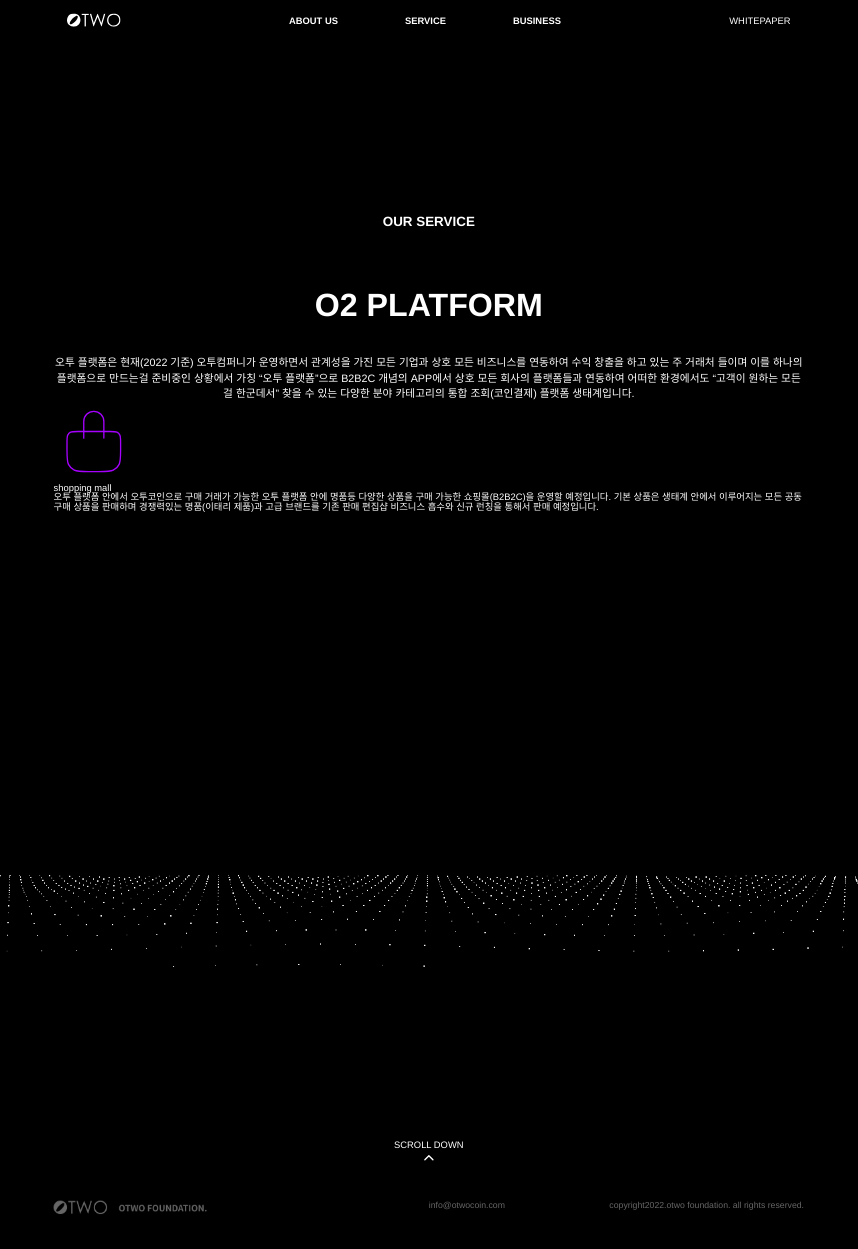
Repository: songhun115/Otwo
Page: service.html
The author's editor kept a copy of each file at every save. The page is drawn from the files as they stood at one save, then again after the next save.
The browser window is 1280 px wide. The pictures show the whole page, at 67% of full size.

Above is the page before, as saved 2022-11-18 11:14:02.
Not found: js/three.js

### service.html
<!DOCTYPE html>
<html lang="en">

<head>
    <meta charset="UTF-8">
    <meta http-equiv="X-UA-Compatible" content="IE=edge">
    <meta name="viewport" content="width=device-width, initial-scale=1.0">
    <link rel="stylesheet" href="css/reset.css">
    <link rel="stylesheet" href="css/content.css">
    <link rel="preconnect" href="https://fonts.googleapis.com">
    <link rel="preconnect" href="https://fonts.gstatic.com" crossorigin>
    <link href="https://fonts.googleapis.com/css2?family=Noto+Sans+KR:wght@300;400;500;700;900&display=swap"
        rel="stylesheet">
    <link rel="stylesheet" href="https://cdn.jsdelivr.net/npm/swiper/swiper-bundle.min.css" />
    <script src="https://cdnjs.cloudflare.com/ajax/libs/jquery/3.6.1/jquery.min.js"
        integrity="sha512-aVKKRRi/Q/YV+4mjoKBsE4x3H+BkegoM/em46NNlCqNTmUYADjBbeNefNxYV7giUp0VxICtqdrbqU7iVaeZNXA=="
        crossorigin="anonymous" referrerpolicy="no-referrer"></script>
    <script src="js/index.js"></script>
    <script src="js/three.js"></script>
    <script src="js/three.min.js"></script>
    <title>about</title>
</head>

<body>
    <div class="contaeiner">
        <header class="header">
            <nav class="nav-bar">
                <div class="logo">
                    <img src="img/logo-white.svg" alt="">
                </div>
                <ul class="nav-list">
                    <li class="nav-item">ABOUT US</li>
                    <li class="nav-item">SERVICE</li>
                    <li class="nav-item">BUSINESS</li>
                </ul>
                <div class="white-paper">
                    WHITEPAPER
                </div>
            </nav>
        </header>
        <section class="section overview">
            <h3>OUR SERVICE</h3>
            <h1>O2 PLATFORM</h1>
            <p>오투 플랫폼은 현재(2022 기준) 오투컴퍼니가 운영하면서 관계성을 가진 모든 기업과 상호 모든 비즈니스를 연동하여 수익 창출을 하고 있는
                주 거래처 들이며 이를 하나의 플랫폼으로 만드는걸 준비중인 상황에서 가칭 “오투 플랫폼”으로 B2B2C 개념의 APP에서 상호 모든 회사의 플랫폼들과 연동하여 어떠한 환경에서도 “고객이 원하는 모든걸 한군데서” 찾을 수 있는 다양한 분야 카테고리의 통합 조회(코인결제) 플랫폼 생태계입니다.</p>

        </section>
     <section class="service-platform-list">
        <ul class="platform-list">
            <li class="platform-item">
                <div class="platform-img">
                    <img src="img/shoping.svg" alt="">
                </div>
                <div class="platform-category">shopping mall</div>
                <div class="platform-con">오투 플랫폼 안에서 오투코인으로 구매 거래가 가능한 오투 플랫폼 안에 명품등 다양한 상품을 구매 가능한 쇼핑몰(B2B2C)을 운영할 예정입니다.
                    기본 상품은 생태계 안에서 이루어지는 모든 공동구매 상품을 판매하며 경쟁력있는 명품(이태리 제품)과 고급 브랜드를 기존 판매 편집샵 비즈니스 흡수와 신규 런칭을 통해서 판매 예정입니다. </div>
            </li>
        </ul>
     </section>

    </div>


    <div class="contaeiner-two">


        </div>
        <div id="canvas">
            <div class="scroll-up ">
                <p>SCROLL DOWN</p>
                <img src="img/chevron-up.svg" alt="">
            </div>

        </div>
        <script>
            window.addEventListener("DOMContentLoaded", () => {
            const w = window.innerWidth;
            const h = window.innerHeight / 2;
            const dpr = window.devicePixelRatio;

            const fov = 60;
            const fovRad = (fov / 2) * (Math.PI / 180);
            const dist = h / 2 / Math.tan(fovRad);

            const clock = new THREE.Clock();
            const particles = 5000;
            const pointSize = 2.5;

            const renderer = new THREE.WebGLRenderer();
            renderer.setSize(w, h);
            renderer.setClearColor(new THREE.Color(0x000000), 1.0);
            renderer.setPixelRatio(dpr);

            const container = document.getElementById("canvas");
            container.appendChild(renderer.domElement);

            const camera = new THREE.PerspectiveCamera(fov, w / h, 1, dist * 2);
            camera.position.x = 0;
            camera.position.y = 0;
            camera.position.z = 10;

            const scene = new THREE.Scene();

            const geo = new THREE.BufferGeometry();
            let positions = [];
            let x, y, z;

            const width = 400 * (w / h);

            const depth = 400;
            const distance = 10;

            for (let x = 0; x < width; x += distance) {
              for (let z = 0; z < depth; z += distance) {
                positions.push(-width / 2 + x, -30, -depth / 2 + z);
              }
            }
            let positionAttribute = new THREE.Float32BufferAttribute(positions, 3);
            geo.addAttribute("position", positionAttribute);

            const mat = new THREE.ShaderMaterial({
              uniforms: {
                u_time: {
                  value: 0.0
                }
              },
              vertexShader: `
              #define M_PI 3.1415926535897932384626433832795

              precision mediump float;
              uniform float u_time;
              void main() {
                vec3 p = position;
                p.y += (
                  cos(p.x / M_PI * 8.0 + u_time * 2.0) +
                  sin(p.z / M_PI * 8.0 + u_time * 2.0)
                );
                gl_PointSize = 1.5;
                gl_Position = projectionMatrix * modelViewMatrix * vec4(p, 1.0);
              }
              `,
              fragmentShader: `
              precision mediump float;
              void main() {
                gl_FragColor = vec4(1.0, 1.0, 1.0, 1.0);
              }
              `
            });

            const mesh = new THREE.Points(geo, mat);
            scene.add(mesh);

            render();

            function render() {
              const time = clock.getElapsedTime();
              mesh.material.uniforms.u_time.value = time;
              renderer.render(scene, camera);
              requestAnimationFrame(render);
            }
          });
          </script>
          <footer class="footer">
            <div class="footer-left">
                <img src="img/footer-left.png" alt="">
            </div>
            <div class="footer-right">
                <p>info@otwocoin.com</p>
                <p>copyright2022.otwo foundation. all rights reserved.</p>
            </div>
        </footer>
</body>

</html>

### css/reset.css
html, body, div, span, applet, object, iframe,
h1, h2, h3, h4, h5, h6, p, blockquote, pre,
a, abbr, acronym, address, big, cite, code,
del, dfn, em, img, ins, kbd, q, s, samp,
small, strike, strong, sub, sup, tt, var,
b, u, i, center,
dl, dt, dd, ol, ul, li,
fieldset, form, label, legend,
table, caption, tbody, tfoot, thead, tr, th, td,
article, aside, canvas, details, embed,
figure, figcaption, footer, header, hgroup,
menu, nav, output, ruby, section, summary,
time, mark, audio, video {
	margin: 0;
	padding: 0;
	border: 0;
	font-size: 100%;
	font: inherit;
	vertical-align: baseline;

}
/* HTML5 display-role reset for older browsers */
article, aside, details, figcaption, figure,
footer, header, hgroup, menu, nav, section {
	display: block;
}
body {
	line-height: 1;
  overflow-x: hidden;
  overflow-y: scroll;
}
ol, ul {
	list-style: none;
}
blockquote, q {
	quotes: none;
}
blockquote:before, blockquote:after,
q:before, q:after {
	content: '';
	content: none;
}
table {
	border-collapse: collapse;
	border-spacing: 0;
}
a,span{display: inline-block;}
body{font-family: 'Noto Sans KR', sans-serif; color: #fff;}
section h1 {font-size: 48px; line-height: 70px; color:#fff; font-weight: 700;}
section p {line-height: 23px; font-weight: 400; font-size: 16px;}
h2{font-size: 32px; font-weight: 700; line-height: 46px;}


html,
body {
  position: relative;
  height: 100%;
}

body {
  background: #eee;
  font-family: Helvetica Neue, Helvetica, Arial, sans-serif;
  font-size: 14px;
  color: #000;
  margin: 0;
  padding: 0;
}

.swiper {
  width: 100%;
  height: 100%;
}

.swiper-slide {
  text-align: center;
  font-size: 18px;


  /* Center slide text vertically */
  display: -webkit-box;
  display: -ms-flexbox;
  display: -webkit-flex;
  display: flex;
  -webkit-box-pack: center;
  -ms-flex-pack: center;
  -webkit-justify-content: center;
  justify-content: center;
  -webkit-box-align: center;
  -ms-flex-align: center;
  -webkit-align-items: center;
  align-items: center;
}

.swiper-slide img {
  display: block;
  width: 100%;
  height: 100%;
  object-fit: cover;
}
.service-swiper{ overflow: inherit !important; max-width: 1120px !important;}

### css/content.css
.intro{height: 100vh;}
canvas{    position: absolute; left: 0; top: 0; z-index: -1;}
.contaeiner{max-width: 1120px; margin: 0 auto;}
.contaeiner-two{max-width: 1120px; margin: 0 auto;}
body{background-color: #000; color: #fff;}
/*! 헤더  */
.header{position: absolute; left: 50%; top: 0; transform: translateX(-50%); width: 100%; max-width: 1120px; margin: 0 auto;  z-index: 11;}
.nav-bar{display: flex; justify-content: space-between; align-items: center; padding: 20px;}
.nav-list{display: flex; align-items: center;}
.nav-item{padding:0 50px; font-weight: 700;font-size: 14px;line-height: 20px; cursor: pointer;}
/*!메인페이지   */
.intro{position: relative;}
.intro-box{display: flex; flex-direction: column; align-items: center; justify-content: center; text-align: center; width: 100%;height: 100%;}
.pur-button{border: 1px solid #A600FF;border-radius: 50px; display: flex;flex-direction: row;justify-content: center;align-items: center;gap: 10px; transition: 0.3s; width: 216px;height: 45px; cursor: pointer;}
.pur-button:hover{background-color: #A600FF; }
.pur-button:hover > button{color:#D9D9D9;}
.intro-box > p{padding: 40px 0 80px 0;}
.pur-button button{border: none;outline: none; color:#A600FF; background-color: transparent; font-weight: 700; font-size: 17px; line-height: 25px;}
.scroll-down{position: absolute; bottom: 50px; left: 50%; transform: translateX(-50%);}
.scroll-down > p {font-weight: 300; padding-bottom:7px; color: #fff; color: pu;}


/*! 메인 service */
.service{padding-top: 320px;}
.service-content{display: flex; justify-content: space-between; align-items: center;}
.service-left.service-right{width: 50%;}
.service-left > p,.business-box-left p{padding-top: 40px; font-size: 16px;}
.service-category-box{display: flex; flex-direction: column; justify-content: start; align-items: flex-start; text-align: left; padding-right: 40px; box-sizing: border-box;}
.service-category-box > h4 {font-size: 20px; line-height: 29px; font-weight: 400; margin:40px 0 20px 0;}
.service-category-box > p {font-size: 16px;}

.service-swiper{padding:120px 0 100px 0!important; box-sizing: border-box !important;}
.swiper-button-prev,
.swiper-button-next{top: 90% !important;  }
.swiper-button-prev{left:0 !important;}
.swiper-button-next{left: 64px !important;}
.swiper-button-next:after, .swiper-button-prev:after{content: "" !important;font-family: none !important;width: 20px !important;height: 20px !important;}
.swiper-button-next:after{background-image: url("../img/chevron-right.svg") !important;}
.swiper-button-prev:after{background-image: url("../img/chevron-left.svg") !important;}


  /*!메인 Business */
  .business{padding-top: 370px;}
  .business-box{display: flex; justify-content: space-between; align-items: center;}
  .business-box-left .pur-button{margin-top: 80px;}
  .business-box-left{width: 58%;}
  business-box-right{width: 42%;}
  .scroll-up{position: absolute;bottom: 0;left: 50%;transform: translateX(-50%);text-align: center;}
  #canvas{position: relative; height: 100%; max-height: 659px;}
  /* #canvas canvas{ height: 1000px !important;} */
  /* #canvas canvas{height: 1000px;} */
  /*! 푸터   */
  .footer{max-width: 1120px; margin: 0 auto; display: flex; justify-content: space-between; padding: 50px 0;}
  footer-left,
  .footer-right{width: 50%;}
  .footer-right{display: flex; justify-content: space-between; opacity: 0.4; font-size: 13px; line-height: 13px;}



  /*! 어바웃 */
  .canvas-one-wrap{position: relative; max-height: 659px; height: 100%;}
  .canvas-one{ top: 50%;left: 50%; transform: translate(-50%, -50%); margin-top: 100px; background-image: url(../img/logo-purple.png);background-repeat: no-repeat;background-position: center}
  .contaeiner-two{padding-top: 320px;}
  .overview{padding-top: 320px; text-align: center; }
  .overview > h3{font-weight: 700; font-size: 20px;}
  .our-values{text-align: center;}
  .our-values > h1{margin:80px 0 40px 0;}
  .overview > h1{margin:80px 0 40px 0}
  .our-values-list{display: flex; justify-content: space-between; padding-top: 120px;}
  .our-values-item{text-align: left;}
  .our-values-category {margin:20px 0 32px 0; font-size: 24px; font-weight: 600;}

  .advisor{padding-top: 480px;}
  .advisor > h2{margin: 80px 0 120px 0;}
  .member-info {padding:40px 40px 60px 40px; box-sizing: border-box;}
  .advisor-member-list{    display: grid;grid-template-columns: repeat(3,1fr);gap: 40px}
  .advisor-member-item{background: #252525; border-radius: 20px; }
  .member-name{font-size: 20px; font-weight: 700;}
  .member-info > div{display: flex; align-items: center; justify-content: space-between; margin-top: 5px;}
  .member-photo img{ width: 100%;}
  .more-button{    max-width: 216px;margin: 120px auto;}
  .advisor-member-item-more{display: none;}
  .advisor-member-item-more.show{display: block;}

### js/index.js
$(document).ready(function () {
    $('.more-button').click(function () {
        $('.advisor-member-item-more').addClass('show');
    });
});

### img/shoping.svg
<svg width="120" height="120" viewBox="0 0 120 120" fill="none" xmlns="http://www.w3.org/2000/svg">
<path d="M45 55V30C45 21.7157 51.7157 15 60 15C68.2843 15 75 21.7157 75 30V54.8363M52 105H68C79.2011 105 84.8016 105 89.0798 102.82C92.8431 100.903 95.9027 97.8431 97.8201 94.0798C100 89.8016 100 84.2011 100 73V61C100 55.3995 100 52.5992 98.9101 50.4601C97.9513 48.5785 96.4215 47.0487 94.5399 46.0899C92.4008 45 89.6005 45 84 45H36C30.3995 45 27.5992 45 25.4601 46.0899C23.5785 47.0487 22.0487 48.5785 21.0899 50.4601C20 52.5992 20 55.3995 20 61V73C20 84.201 20 89.8016 22.1799 94.0798C24.0973 97.8431 27.1569 100.903 30.9202 102.82C35.1984 105 40.7989 105 52 105Z" stroke="#A600FF" stroke-width="2" stroke-linecap="round" stroke-linejoin="round"/>
</svg>

Loaded but not shown: js/three.min.js (library)

After the next save:
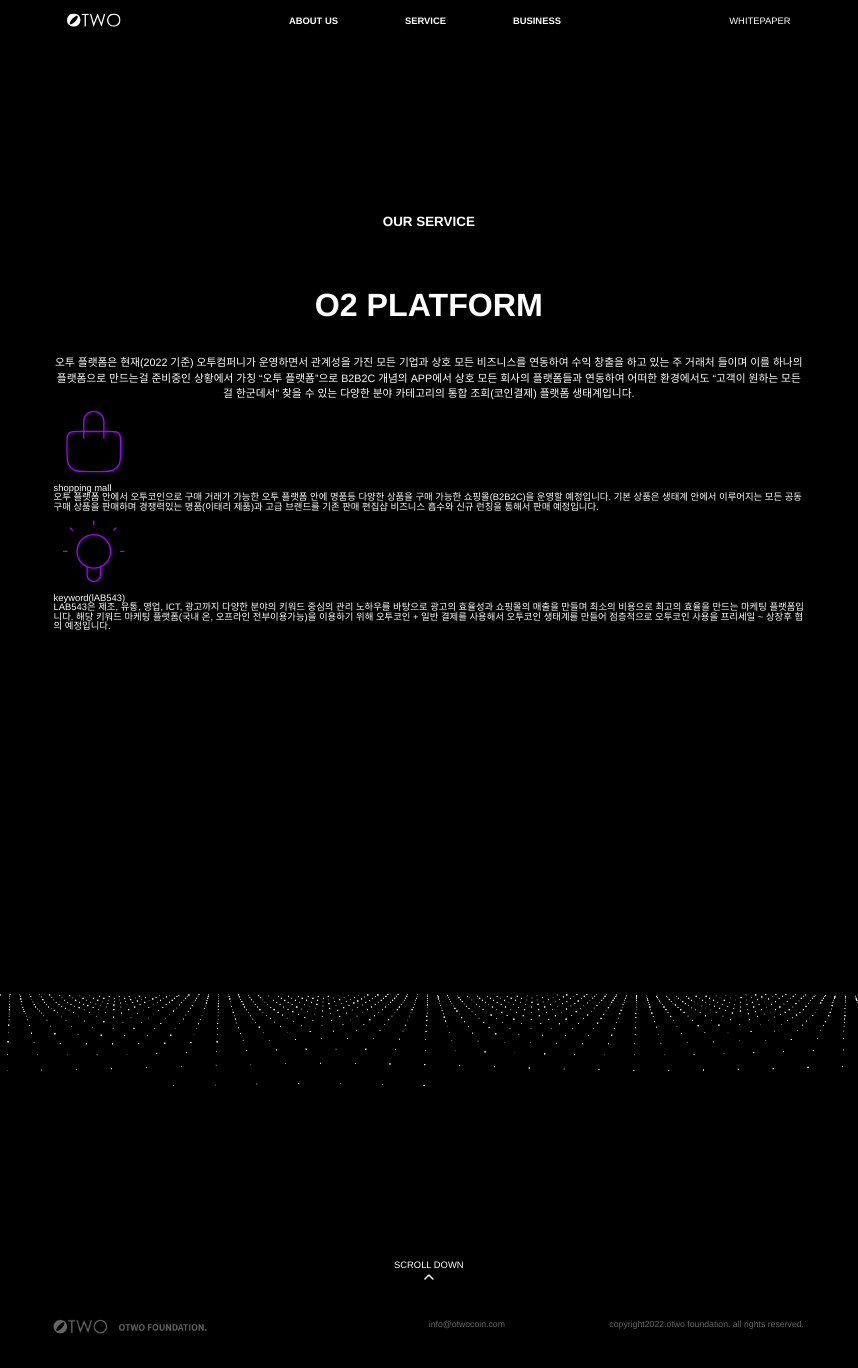
Saved 33 s later.
--- a/service.html
+++ b/service.html
@@ -54,6 +54,14 @@
                 <div class="platform-category">shopping mall</div>
                 <div class="platform-con">오투 플랫폼 안에서 오투코인으로 구매 거래가 가능한 오투 플랫폼 안에 명품등 다양한 상품을 구매 가능한 쇼핑몰(B2B2C)을 운영할 예정입니다.
                     기본 상품은 생태계 안에서 이루어지는 모든 공동구매 상품을 판매하며 경쟁력있는 명품(이태리 제품)과 고급 브랜드를 기존 판매 편집샵 비즈니스 흡수와 신규 런칭을 통해서 판매 예정입니다. </div>
+            </li>
+            <li class="platform-item">
+                <div class="platform-img">
+                    <img src="img/keywrod.svg" alt="">
+                </div>
+                <div class="platform-category">keyword(lAB543)</div>
+                <div class="platform-con">LAB543은 제조, 유통, 영업, ICT, 광고까지 다양한 분야의 키워드 중심의 관리 노하우를 바탕으로 광고의 효율성과 쇼핑몰의 매출을 만들며 최소의 비용으로 최고의 효율을 만드는 마케팅 플랫폼입니다.
+                    해당 키워드 마케팅 플랫폼(국내 온, 오프라인 전부이용가능)을 이용하기 위해 오투코인 + 일반 결제를 사용해서 오투코인 생태계를 만들어 점층적으로 오투코인 사용을 프리세일 ~ 상장후 협의 예정입니다. </div>
             </li>
         </ul>
      </section>
